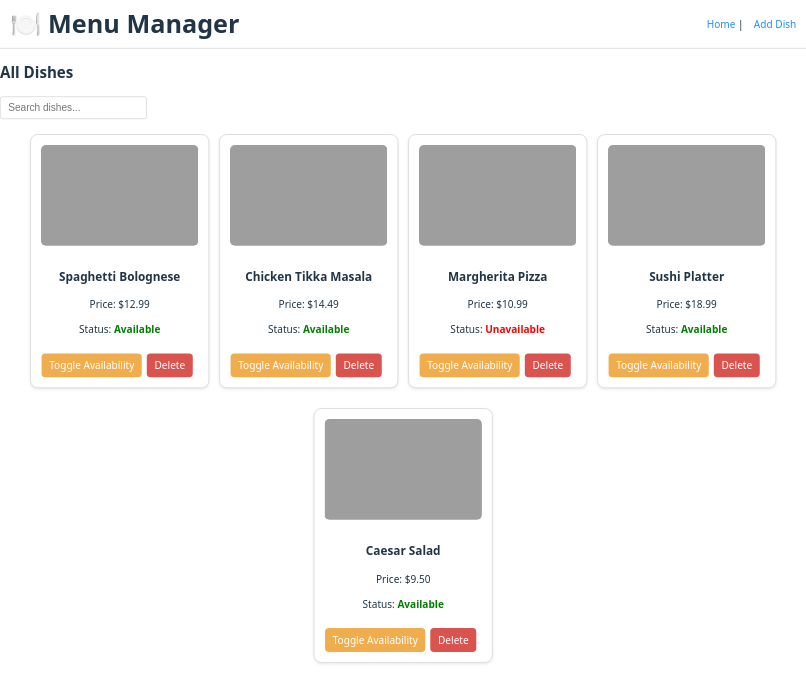
Repository: PEEZYBEE/react-hooks-phase-2-project
Page: / (app in menu-manager/)
The author's editor kept a copy of each file at every save. The page is drawn from the files as they stood at one save, then again after a run of saves.
The browser window is 1280 px wide. The pictures show the whole page, at 63% of full size.
Pictures or frames that could not be fetched are drawn as grey boxes. The project was rebuilt for these pictures with package versions that can differ from the ones it lists, and the page was loaded fresh each time. Requests to the local data server were answered from the project's data file. Also part of the build but not shown: menu-manager/vite.config.js, menu-manager/src/components/DishForm.jsx, menu-manager/src/pages/AddDishPage.jsx, menu-manager/src/pages/EditDishPage.jsx.

Above is the page before, as saved 2025-04-19 13:46:24.

After the next 2 saves:
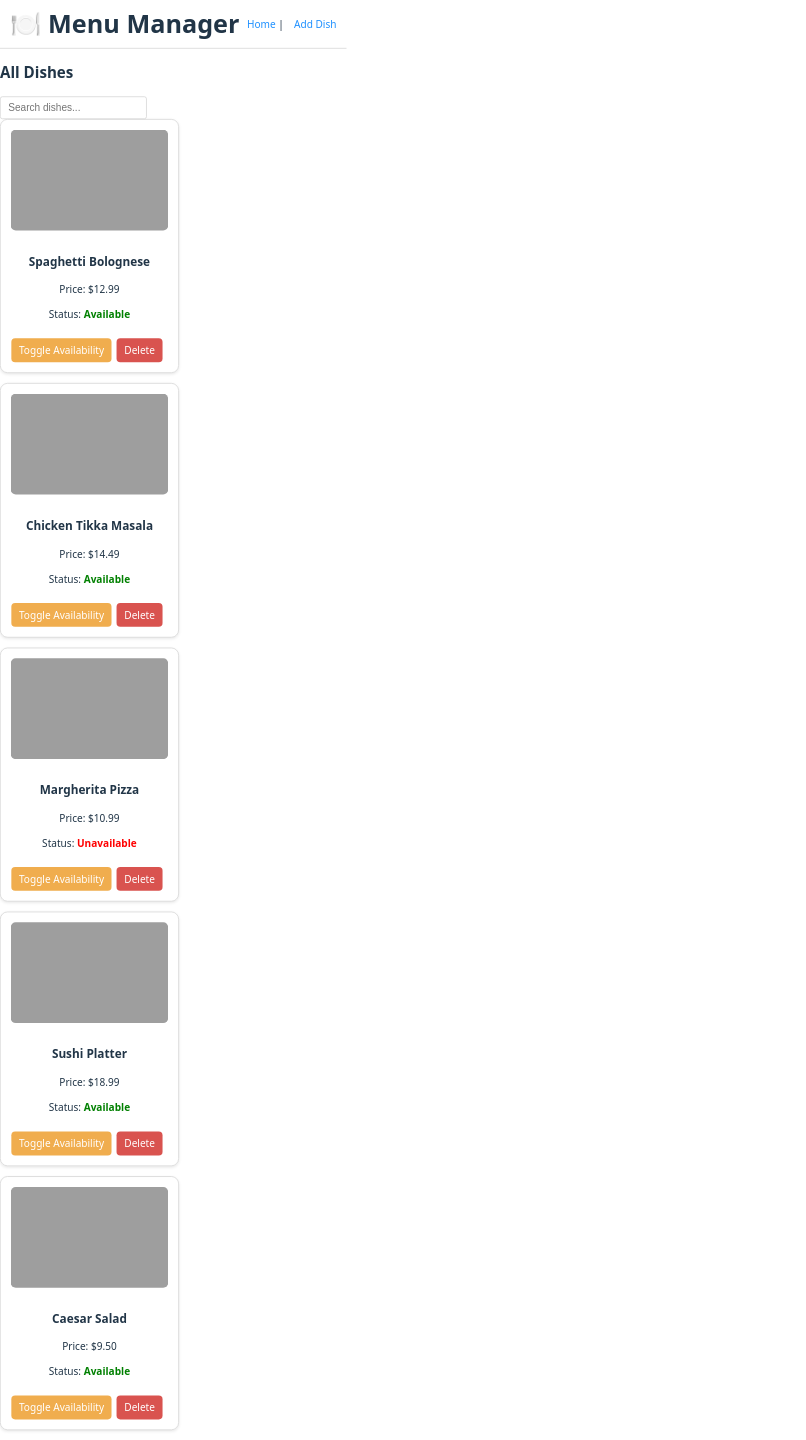
The 2 saves are shown as one change because they came seconds apart.
The last was saved 11 s later.
--- a/menu-manager/src/components/DishList.jsx
+++ b/menu-manager/src/components/DishList.jsx
@@ -3,7 +3,7 @@ import DishCard from "./DishCard";
 
 function DishList({ dishes, onDelete, onToggleAvailability }) {
   return (
-    <div style={listStyle}>
+    <div className="dish-list">
       {dishes.map((dish) => (
         <DishCard
           key={dish.id}
@@ -17,11 +17,3 @@ function DishList({ dishes, onDelete, onToggleAvailability }) {
 }
 
 export default DishList;
-
-const listStyle = {
-  display: "flex",
-  flexWrap: "wrap",
-  gap: "16px",
-  justifyContent: "center",
-  marginTop: "24px",
-};
